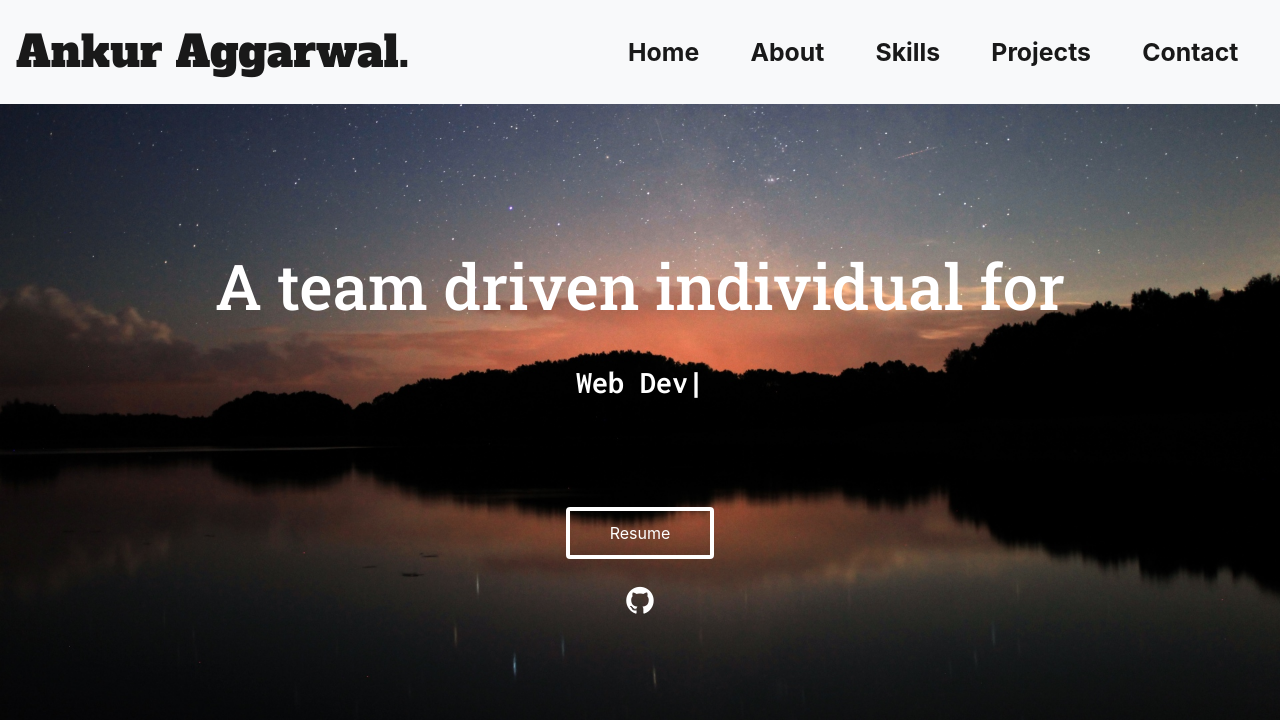
Repository: AnkurDevv/PersonalWebsite
Page: index.html
The author's editor kept a copy of each file at every save. The page is drawn from the files as they stood at one save, then again after the next save.
The browser window is 1280 px wide. The pictures show the whole page.
Some web fonts or font styles are not loaded; a fallback is used.

Above is the page before, as saved 2020-09-13 16:00:12.

After the next save:
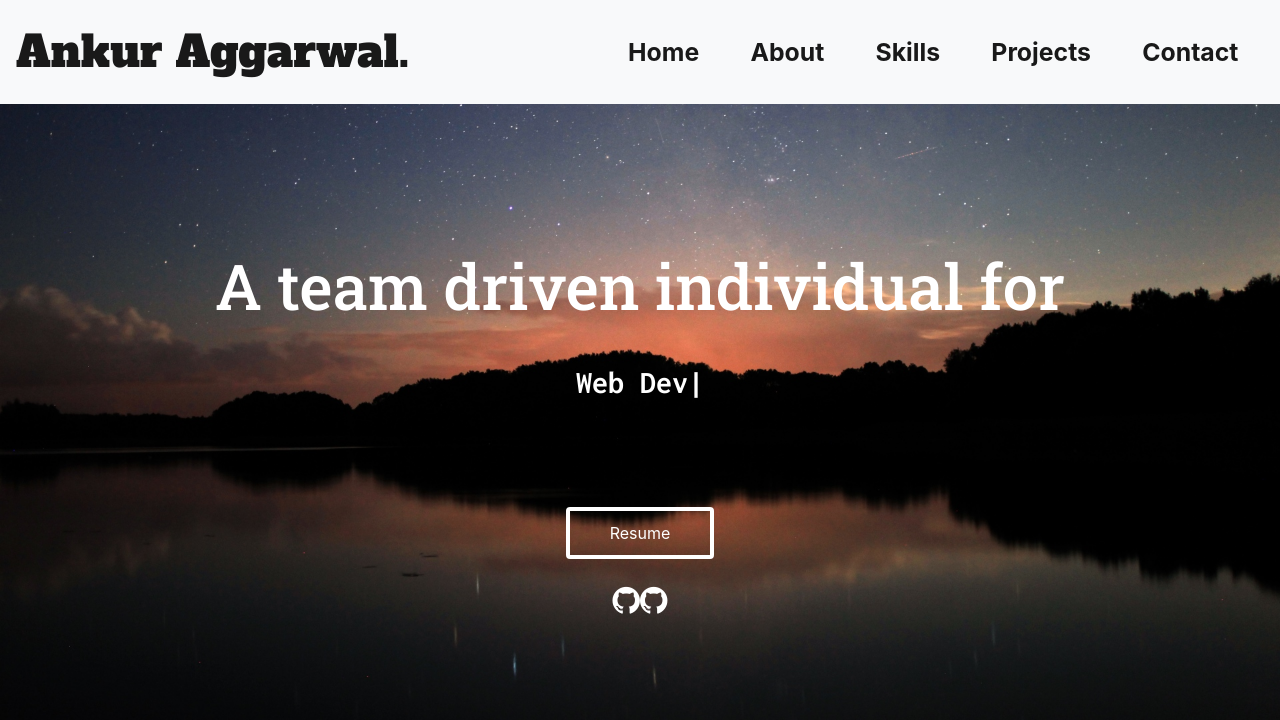
Saved 17 s later.
--- a/index.html
+++ b/index.html
@@ -89,6 +89,8 @@
       <div class="socialLinksDiv">
         <!-- github link -->
         <a href="https://github.com/AnkurDevv" target="blank"><i class="fa fa-github fa-2x text-white"></i></a>
+        <!-- linkedin link -->
+        <a href="https://github.com/AnkurDevv" target="blank"><i class="fa fa-github fa-2x text-white"></i></a>
       </div>
 
     </section>
